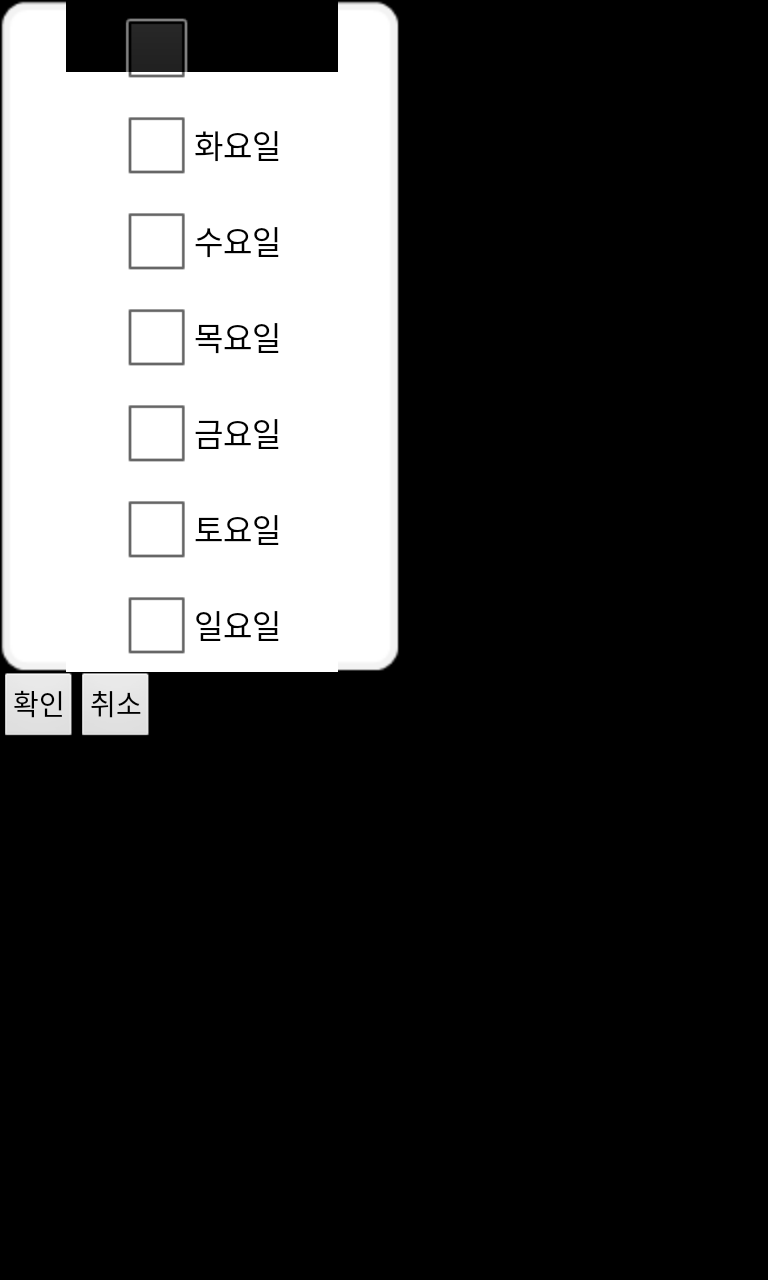
Repository: blacky512/smart_morning_call
Layout: client/SmartMorningCall/res/layout/dayselect_frag.xml
An editor plug-in stored every save of this project. The layout is shown before and after the next save, followed by the edit.
It is drawn on a 768 x 1280 px phone screen (xhdpi) without system bars, with theme android:Theme.NoTitleBar; the app's code is not run.

Above is the layout before, as saved 2013-02-19 14:44:20.

After the next save:
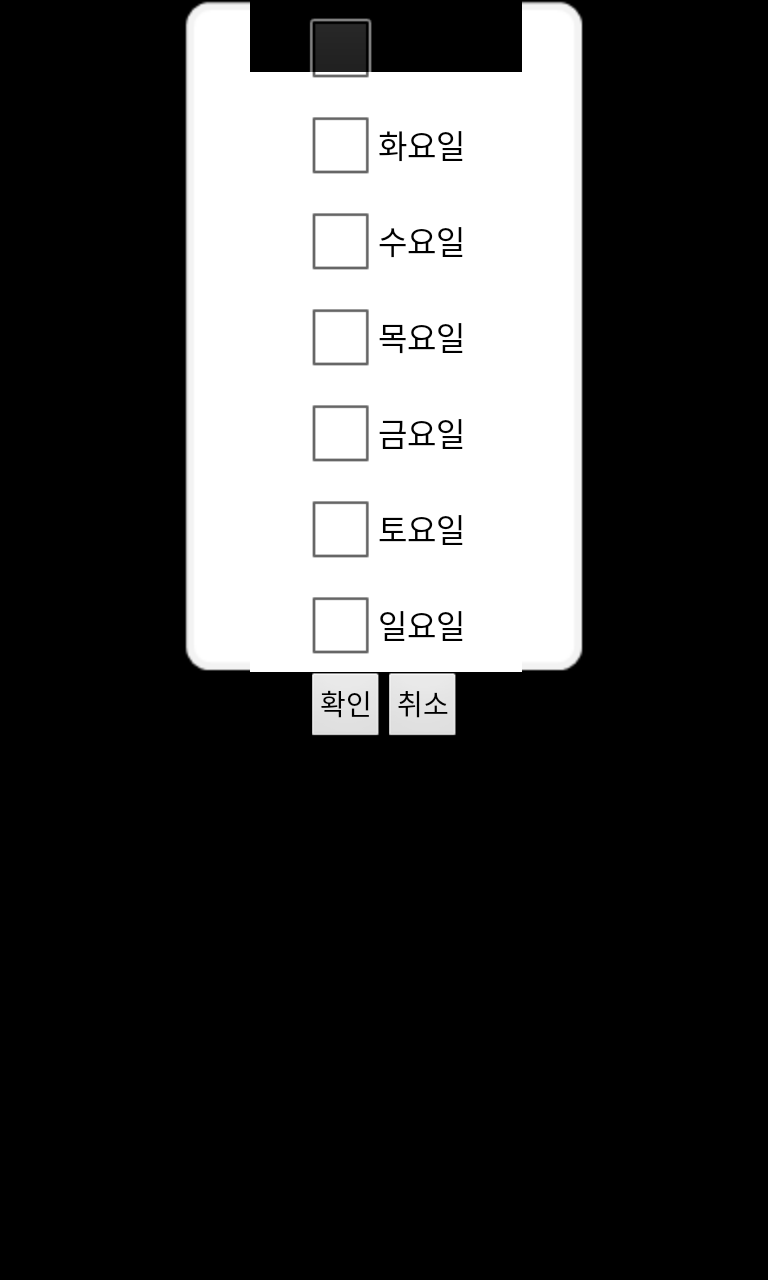
Saved 16 s later.
--- a/client/SmartMorningCall/res/layout/dayselect_frag.xml
+++ b/client/SmartMorningCall/res/layout/dayselect_frag.xml
@@ -11,6 +11,7 @@
         android:id="@+id/daysel"
         android:layout_width="200dp"
         android:layout_height="wrap_content"
+        android:layout_centerHorizontal="true"
         android:background="@drawable/te"
         android:orientation="vertical"
         android:padding="0dp" >
@@ -75,7 +76,8 @@
     <RelativeLayout
         android:layout_width="wrap_content"
         android:layout_height="wrap_content"
-        android:layout_below="@+id/daysel" >
+        android:layout_below="@+id/daysel"
+        android:layout_centerHorizontal="true" >
 
         <LinearLayout
             android:layout_width="wrap_content"

After the save that followed:
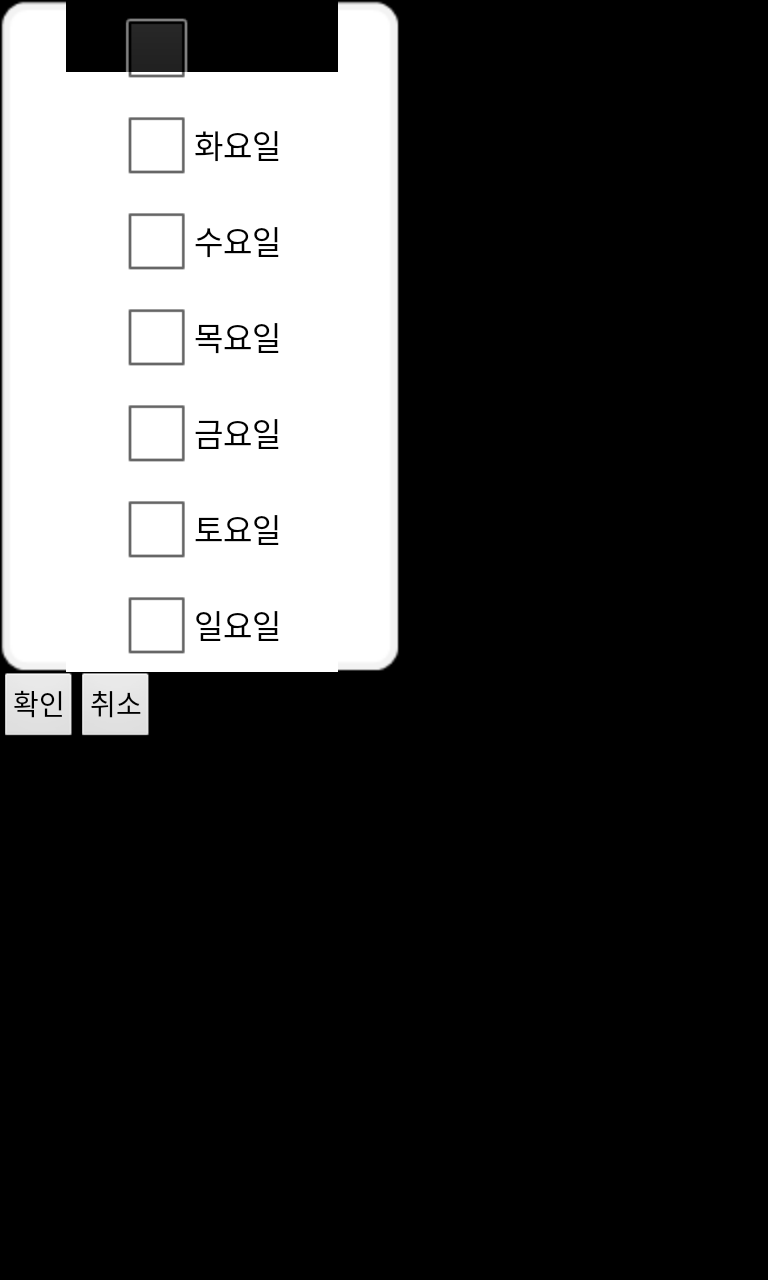
Saved 2 min 1 s later.
--- a/client/SmartMorningCall/res/layout/dayselect_frag.xml
+++ b/client/SmartMorningCall/res/layout/dayselect_frag.xml
@@ -1,5 +1,5 @@
 <?xml version="1.0" encoding="utf-8"?>
-<RelativeLayout xmlns:android="http://schemas.android.com/apk/res/android"
+<LinearLayout xmlns:android="http://schemas.android.com/apk/res/android"
     android:id="@+id/dayselect_list"
     android:layout_width="wrap_content"
     android:layout_height="wrap_content"
@@ -11,7 +11,6 @@
         android:id="@+id/daysel"
         android:layout_width="200dp"
         android:layout_height="wrap_content"
-        android:layout_centerHorizontal="true"
         android:background="@drawable/te"
         android:orientation="vertical"
         android:padding="0dp" >
@@ -75,9 +74,7 @@
 
     <RelativeLayout
         android:layout_width="wrap_content"
-        android:layout_height="wrap_content"
-        android:layout_below="@+id/daysel"
-        android:layout_centerHorizontal="true" >
+        android:layout_height="wrap_content" >
 
         <LinearLayout
             android:layout_width="wrap_content"
@@ -100,4 +97,4 @@
         </LinearLayout>
     </RelativeLayout>
 
-</RelativeLayout>
+</LinearLayout>
